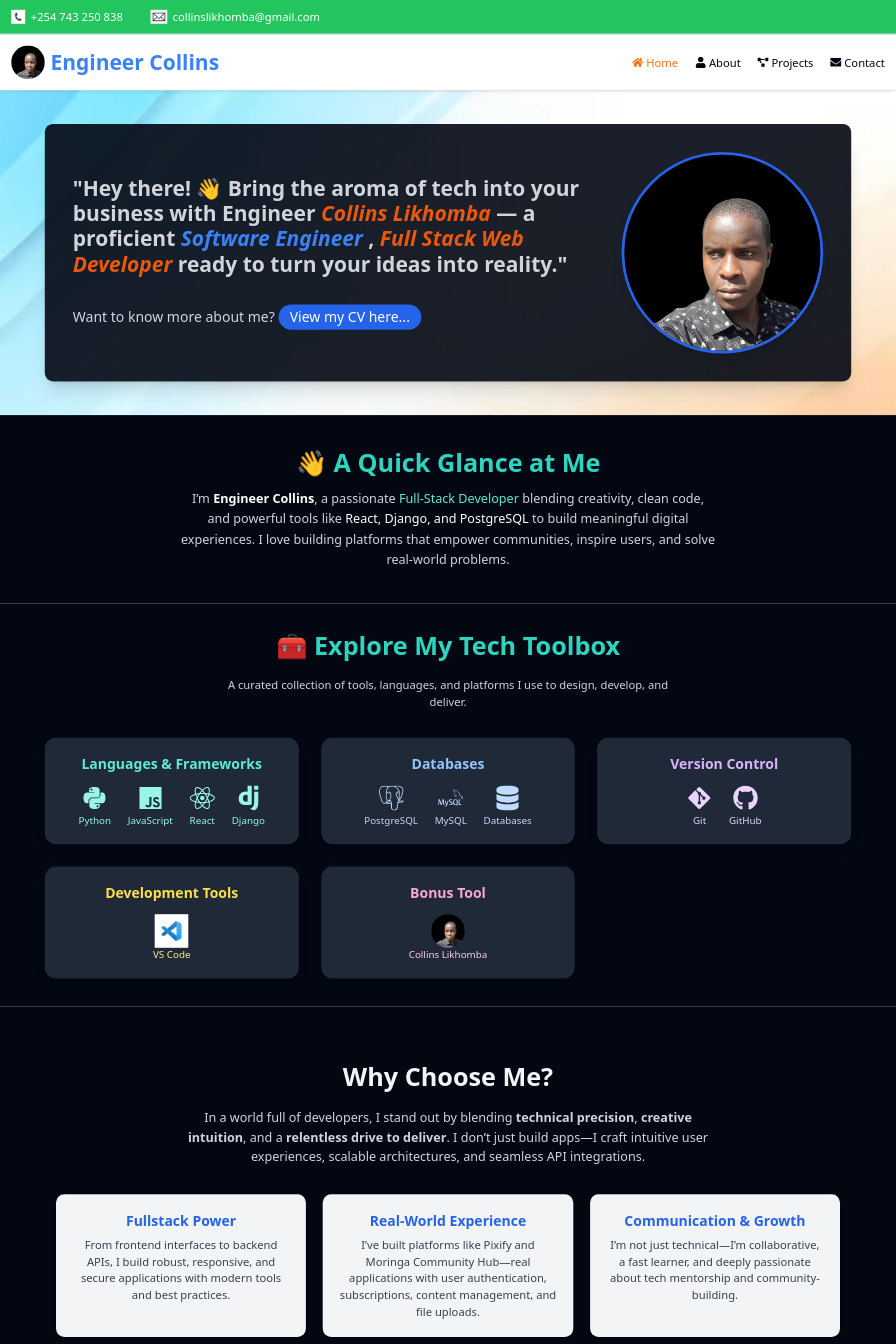
Repository: Engineer-collo/Portfolio
Page: /
These files come from the project's save history. The page is drawn as it stood at one moment and after a run of saves; the edit follows.
The browser window is 1280 px wide. The pictures show the part of the page from y = 0 to 1920 px (the page is 2586 px tall), at 70% of full size.
The project was rebuilt for these pictures with package versions that can differ from the ones it lists, and the page was loaded fresh each time. Also part of the build but not shown: vite.config.js, src/pages/About.jsx, src/pages/Projects.jsx, src/pages/Contact.jsx, src/pages/Blog.jsx, src/pages/Skills.jsx.

Above is the page before, as saved 2025-06-10 20:09:05.

After the next 2 saves:
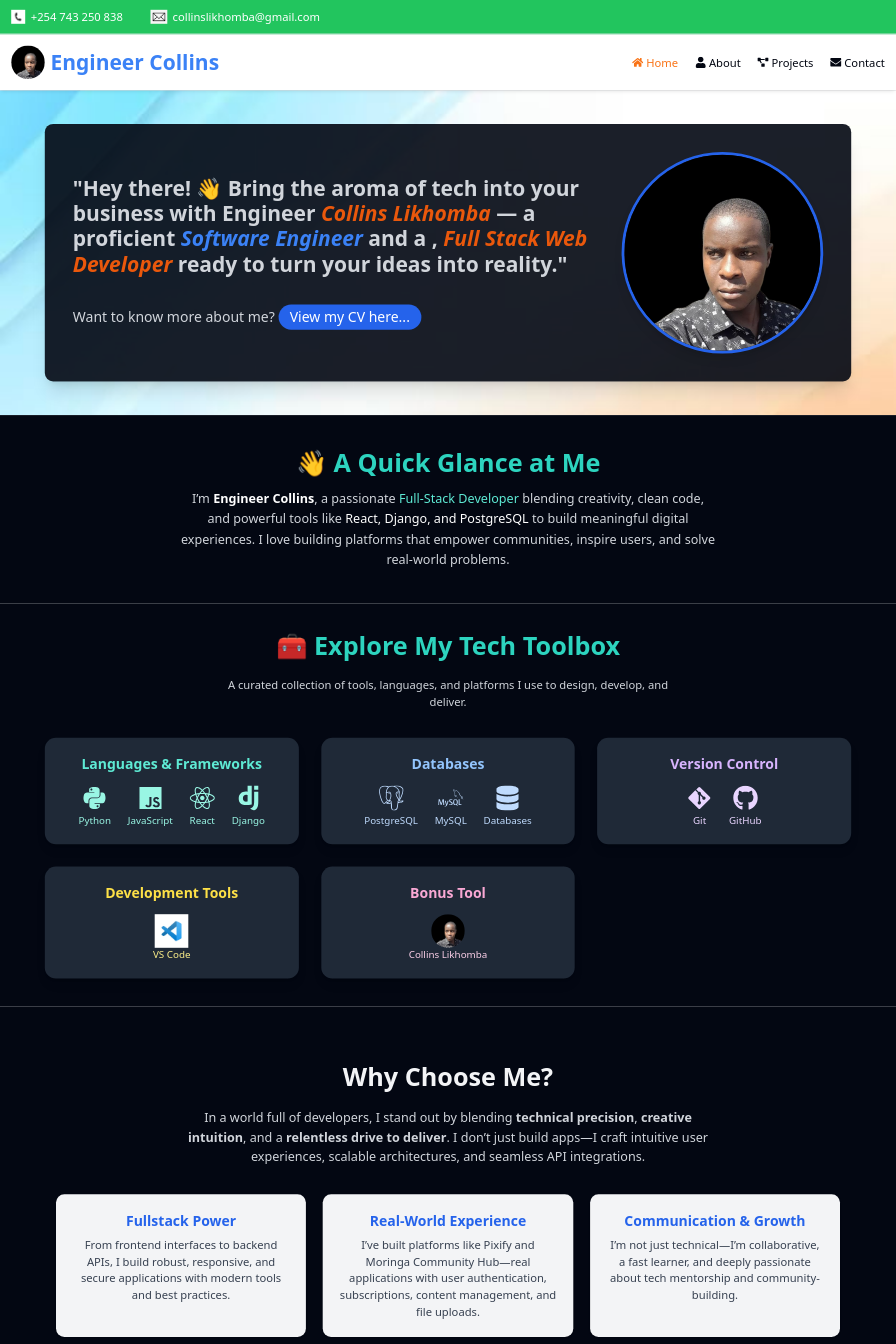
The 2 saves are shown as one change because they came seconds apart.
The last was saved 22 s later.
--- a/src/pages/HomePage.jsx
+++ b/src/pages/HomePage.jsx
@@ -32,6 +32,7 @@ const HomePage = () => {
               — a proficient               <span>
                 <i className="text-blue-500"><strong>Software Engineer</strong></i>
               </span>{" "}
+              and a
  ,               <span>
                 <i className="text-orange-600"><strong>Full Stack Web Developer</strong></i>
               </span>{" "}
